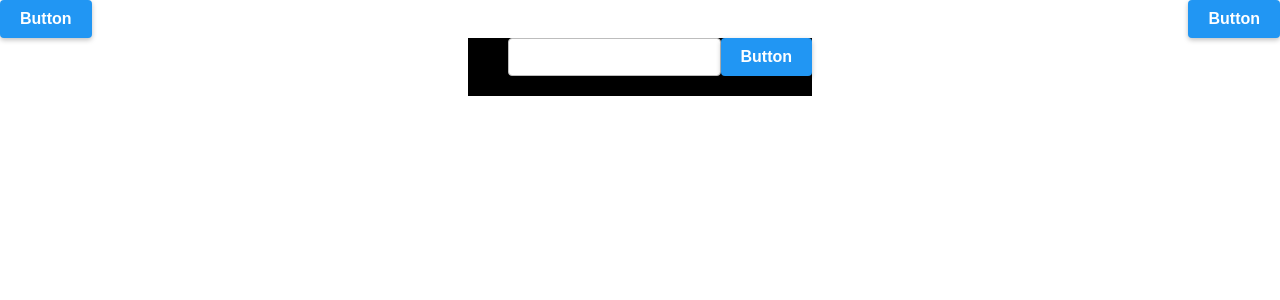
Repository: roistyx/react
Page: /layouts (app in layouts-app/)
The author's editor kept a copy of each file at every save. The page is drawn from the files as they stood at one save, then again after the next save.
The browser window is 1280 px wide. The pictures show the whole page.
The project was rebuilt for these pictures with package versions that can differ from the ones it lists, and the page was loaded fresh each time.

Above is the page before, as saved 2023-04-26 22:40:59.

### layouts-app/src/App.js
import React from 'react';
import { Between } from './components/Line';
import { Btn } from './elements/Btn';
import { Rows } from './components/Line';
import MyCustomizedTextField from './elements/TextField';
import { AlignCenter } from './components/Line';

export default function App() {
	return (
		<div>
			<Between>
				<Btn>Button</Btn>
				<Btn>Button</Btn>
			</Between>
			<Rows>
				<AlignCenter>
					<MyCustomizedTextField />
				</AlignCenter>
			</Rows>
		</div>
	);
}

### layouts-app/src/components/Line.js
import './Line.css';
import React from 'react';
import { Btn } from '../elements/Btn.js';

export const Line = ({ children, addClass }) => {
	return <div className={`Line ${addClass || ''}`}>{children}</div>;
};

export const Between = (props) => {
	return <Line {...props} addClass="between" />;
};

export const Rows = (props) => {
	return <Line {...props} addClass="rows" />;
};

export const AlignStart = ({ children }) => {
	return <div className="AlignStart">{children}</div>;
};

export const AlignCenter = ({ children }) => {
	return <div className="AlignCenter">{children}</div>;
};

### layouts-app/src/elements/Btn.js
import { Button } from '@mui/material';
import './Btn.css';
export const Btn = ({ children }) => {
	return (
		<button class="Btn">
			<span>{children}</span>{' '}
		</button>
		// <Button variant="contained" color="primary">
		// 	{' '}
		// 	<span>{children}</span>{' '}
		// </Button>
	);
};

### layouts-app/src/elements/TextField.js
import '../elements/TextField.css';
import React from 'react';
import { Btn } from '../elements/Btn.js';
import { TextField } from '@mui/material';

const MyCustomizedTextField = () => {
	return (
		<div>
			<form class="text-field">
				<label for="name">Name</label>
				<input type="text" id="name" name="name" />
				<Btn>Button</Btn>
			</form>
		</div>
	);
};

export default MyCustomizedTextField;

### layouts-app/src/components/Line.css
.Line {
	display: flex;
	gap: var(--gap);
	height: 100%;
	align-items: center;
}

.Line.between {
	justify-content: space-between;
}

.Line.rows {
	flex-direction: column;
	align-items: stretch;
}

.AlignStart {
	align-self: flex-start;
}

.AlignCenter {
	align-self: center;
	background-color: black;
}

### layouts-app/src/elements/Btn.css
.Btn {
	display: inline-block;
	padding: 10px 20px;
	font-size: 16px;
	font-weight: 600;
	text-align: center;
	text-decoration: none;
	background-color: #2196f3;
	color: #fff;
	border-radius: 4px;
	border: none;
	cursor: pointer;
	box-shadow: 0px 2px 5px rgba(0, 0, 0, 0.25);
	transition: background-color 0.3s ease;
}
.Btn:hover {
	background-color: #0d6ec3;
}

### layouts-app/src/elements/TextField.css
.text-field {
	display: flex;
	flex-direction: row;
	margin-bottom: 20px;
}

.text-field label {
	font-size: 14px;
	font-weight: 600;
	margin-bottom: 5px;
}

.text-field input {
	/* padding: 10px; */
	font-size: 16px;
	border-radius: 4px;
	border: 1px solid #bdbdbd;
	transition: border-color 0.3s ease;
}
.text-field input:focus {
	outline: none;
	border-color: #2196f3;
}

Loaded but not shown: layouts-app/public/index.html (common file); layouts-app/src/index.js (common file); layouts-app/src/index.css (common file); layouts-app/src/reportWebVitals.js (common file)

After the next save:
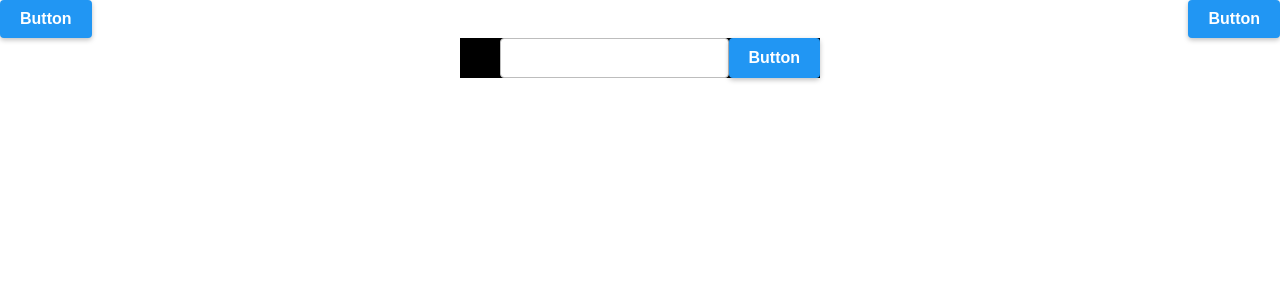
Saved 2 min 41 s later.
--- a/layouts-app/src/elements/TextField.css
+++ b/layouts-app/src/elements/TextField.css
@@ -1,7 +1,6 @@
 .text-field {
 	display: flex;
 	flex-direction: row;
-	margin-bottom: 20px;
 }
 
 .text-field label {
@@ -11,7 +10,7 @@
 }
 
 .text-field input {
-	/* padding: 10px; */
+	padding: 10px;
 	font-size: 16px;
 	border-radius: 4px;
 	border: 1px solid #bdbdbd;
